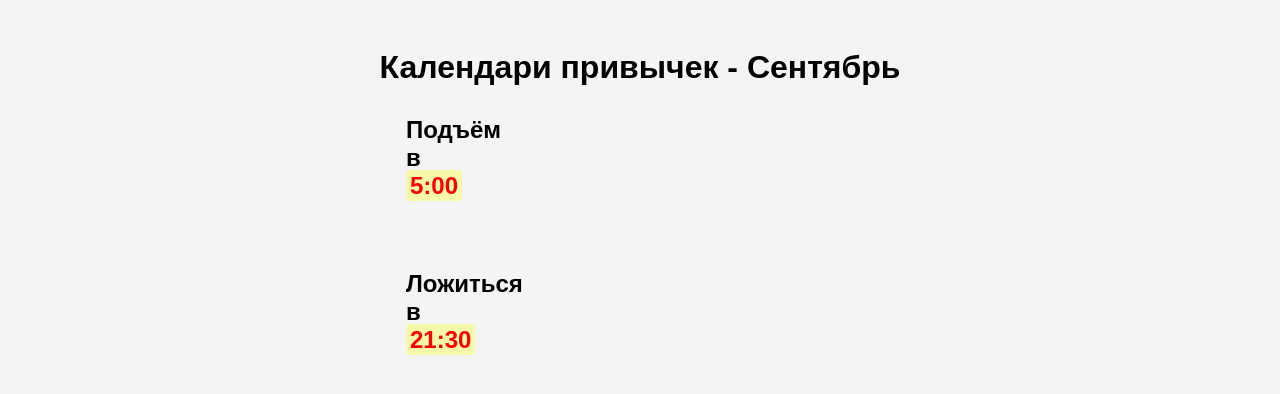
Repository: Pavel1776/doublecalendar
Page: index.html
An editor plug-in stored every save of this project. The page is shown before and after the next save, followed by the edit.
The browser window is 1280 px wide. The pictures show the whole page.

Above is the page before, as saved 2025-09-17 15:08:37.
Console error: TypeError: Cannot read properties of null (reading 'appendChild')

After the next save:
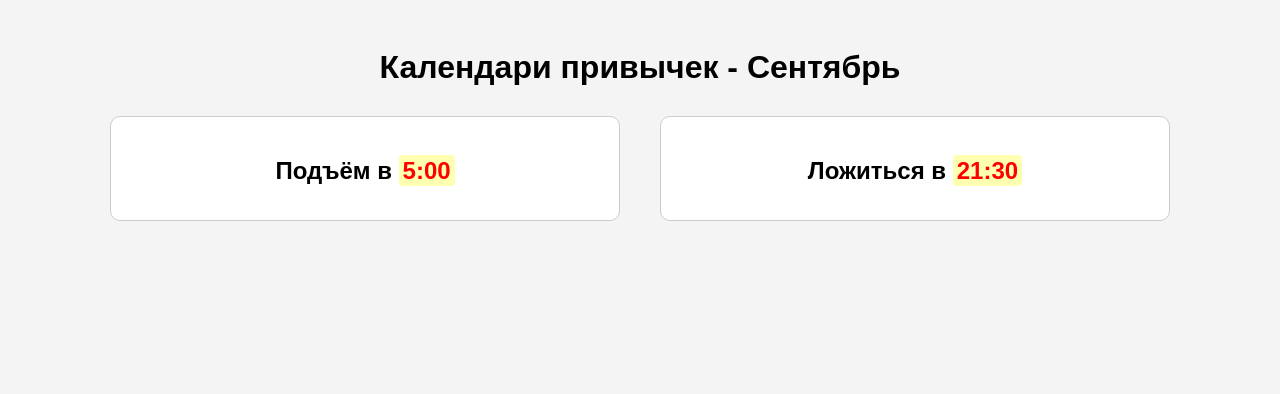
Saved 15 s later.
--- a/style.css
+++ b/style.css
@@ -8,14 +8,32 @@
 }
 
 h1 {
-  margin-bottom: 10px;
+  margin-bottom: 30px;
+}
+
+.calendars-container {
+  display: flex;              /* календари в ряд */
+  justify-content: center;
+  gap: 40px;                  /* расстояние между ними */
+  flex-wrap: wrap;            /* если мало места — перенос */
 }
 
 .calendar {
+  background: #fff;
+  border: 1px solid #ccc;
+  border-radius: 10px;
+  padding: 20px;
+  text-align: center;
+}
+
+.calendar h2 {
+  margin-bottom: 15px;
+}
+
+.calendar-grid {
   display: grid;
   grid-template-columns: repeat(7, 60px);
   gap: 8px;
-  margin-bottom: 30px; /* отступ между календарями */
 }
 
 .day {
@@ -29,10 +47,15 @@
   font-size: 18px;
   cursor: pointer;
   position: relative;
-  user-select: none;
 }
 
-/* Галочка успеха */
+.day.crossed::after {
+  content: "✖";
+  color: rgba(255, 0, 0, 0.6);
+  font-size: 40px;
+  position: absolute;
+}
+
 .day.success::after {
   content: "✔";
   color: rgba(0, 200, 0, 0.6);
@@ -40,15 +63,7 @@
   position: absolute;
 }
 
-/* Красный крестик неудачи */
-.day.fail::after {
-  content: "✖";
-  color: rgba(255, 0, 0, 0.8);
-  font-size: 40px;
-  position: absolute;
-}
-
-.highlight{
+.highlight {
   font-weight: bold;
   color: red;
   background-color: rgba(255, 255, 0, 0.3);
